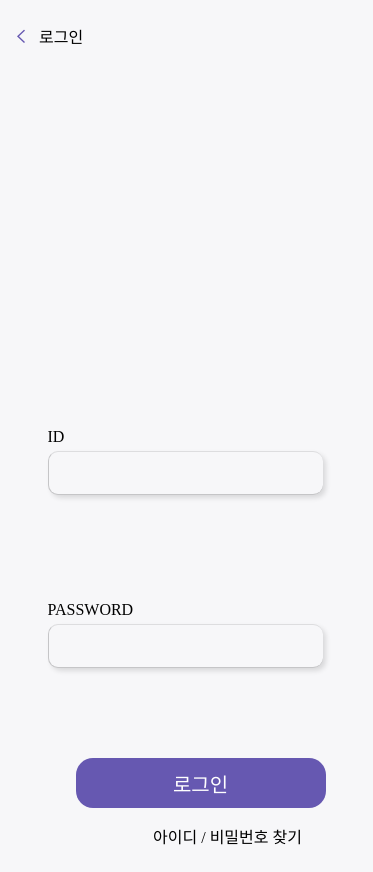
Repository: PEPI-dev/UI
Page: login/login.html
An editor plug-in stored every save of this project. The page is shown before and after the next save, followed by the edit.
The browser window is 360 px wide. The page is 373 px wide, so the pictures cover 373 px, including what lies to the right of the window. The pictures show the whole page.
Some web fonts or font styles are not loaded; a fallback is used.

Above is the page before, as saved 2023-12-05 00:49:55.

### login/login.html
<!DOCTYPE html>
<html lang="en">
<head>
    <meta charset="UTF-8">
    <meta name="viewport" content="width=device-width, initial-scale=1.0">
    <title>Login</title>
    <link rel="stylesheet" href="./login.css">
    <link rel ="stylesheet" type="text/css" href="../a_XEIcon-2.2.0/xeicon.min.css">
</head>
<body>

    <div id="div_back"><i class="xi-angle-left" id="back"></i><p id="txt_login">로그인</p></div>

    <form action="#">
        <p class="input_form"><label for="ID" class="txt_input">ID</label><input class="field" id="ID" type="text"></input></p>
        <p class="input_form"><label for="password" class="txt_input">PASSWORD</label><input class="field" id="password" type="password" ></input></p>
        <button id="login">로그인</button>
        <p id="find_id">아이디 / 비밀번호 찾기</p>
    </form>

</body>
</html>

### login/login.css
@font-face {
    font-family: 'main_font';
    src: url(../a_font/NotoSansKR-VariableFont_wght.ttf);
    font-weight: 500;
}

@font-face {
    font-family: 'sub_font';
    src: url(../a_font/SEBANG/SEBANG\ Gothic.ttf);
}

/* 바디 */
body {
    width: 100%;
    background-color: #F7F7F9;
    display: flex;
    flex-direction: column;
    align-items: center;
}

/* 뒤로가기 버튼 */
.xi-angle-left {
    color: #6658B1;
}

#txt_login {
    font-family: 'main_font';
}

#div_back {
    display: flex;
    align-items: center;
    margin-bottom: 10px;
}

#back {
    border: none;
    background: none;
    cursor: pointer;
    margin-right: 10px;
}

/* 입력폼 */

.input_form {
    display: flex;
    flex-direction: column;
    align-items: flex-start;
}

.txt_input {
    margin-bottom: 5px;
}

#login {
    background-color: #6658B1;
    color: white;
    border: 1px solid #E1E1E1;
    font-family: 'main_font';
    font-size: 20px;
    font-weight: 500;
    border-radius: 17px;
    border: 0px;
    width: 277px;
    height: 50px;
}

.field {
    width: 270px;
    height: 40px;
    border-radius: 10px;
    box-shadow: 3px 3px 5px rgba(0, 0, 0, 0.12);
    background-color: #F7F7F9;
    border-width: 0;
    outline: none;
    border: none;
    border-top: 0.2px solid rgba(0, 0, 0, 0.1);
    border-left: 0.5px solid rgba(0, 0, 0, 0.2);
    border-bottom: 0.5px solid rgba(0, 0, 0, 0.2);
}

@media screen and (max-width: 360px) {

    /* 바디 */
    body {
        height: auto;
    }


    /* 뒤로가기 버튼 */
    #div_back {
    display: flex;
    align-items: center;
    justify-content: flex-start; /* Align to the left */
    margin-bottom: auto; /* Push to the bottom */
    margin-top: auto; /* Push to the top */
    width: 100%; /* Make the div take the full width */
    padding-left: 10px; /* Optional: Add some left padding for better appearance */
}



    /* 입력폼 */

    form {
        display: flex;
        flex-direction: column;
        align-items: center;
        justify-content: flex-end;
        height: 100vh; /
        margin-bottom: 20px;
    }

    .input_form {
        display: flex;
        flex-direction: column;
        align-items: flex-start;
        margin-left: 10px;
        width: 291px;
        margin-bottom: 90px;
    }


    #login {
        width: 250px;
        height: 50px;
        margin-left: 25px;
    }

    .txt_input {
        margin-bottom: 5px;
    }

    #find_id {
        font-family: 'main_font';
        margin-left: 79px;
    }
}

Loaded but not shown: a_XEIcon-2.2.0/xeicon.min.css (library)

After the next save:
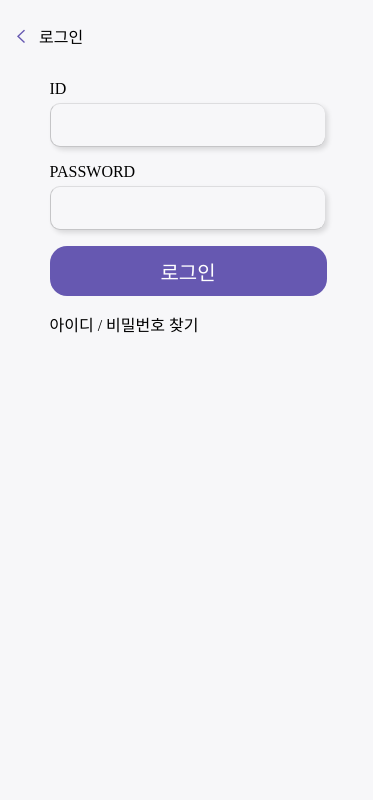
Saved 9 s later.
--- a/login/login.css
+++ b/login/login.css
@@ -95,7 +95,7 @@
     margin-bottom: auto; /* Push to the bottom */
     margin-top: auto; /* Push to the top */
     width: 100%; /* Make the div take the full width */
-    padding-left: 10px; /* Optional: Add some left padding for better appearance */
+    padding-left: 10px; /* Optional: Add some left padding for
 }
 
 

After the 4 saves that followed:
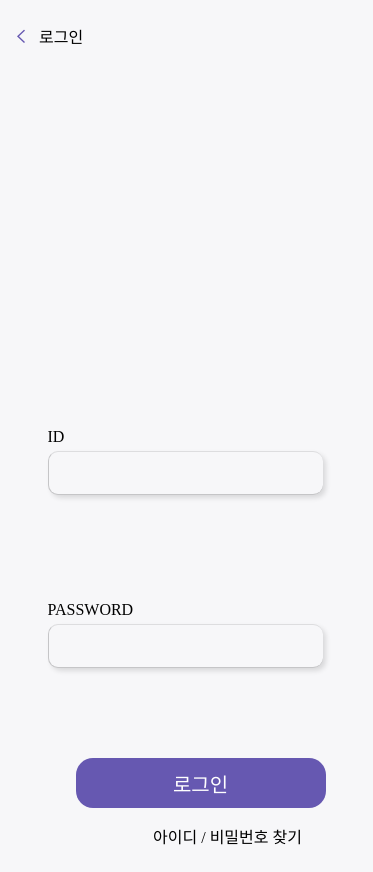
The 4 saves are shown as one change because they came seconds apart.
The last was saved 11 s later.
--- a/login/login.css
+++ b/login/login.css
@@ -94,9 +94,9 @@
     justify-content: flex-start; /* Align to the left */
     margin-bottom: auto; /* Push to the bottom */
     margin-top: auto; /* Push to the top */
-    width: 100%; /* Make the div take the full width */
-    padding-left: 10px; /* Optional: Add some left padding for
-}
+    width: 100%;
+    padding-left: 10px;
+    }
 
 
 
